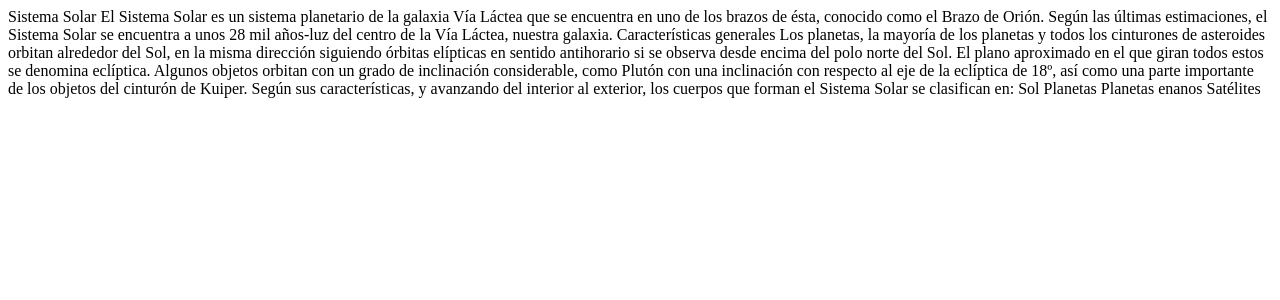
Repository: gustavomanfre/Curso_Front_End_Digitalers
Page: Unidad1/M1 - Laboratorio_02/index.html
An editor plug-in stored every save of this project. The page is shown before and after a run of saves, followed by the edit.
The browser window is 1280 px wide. The pictures show the whole page.

Above is the page before, as saved 2022-05-25 20:54:51.

After the next 5 saves:
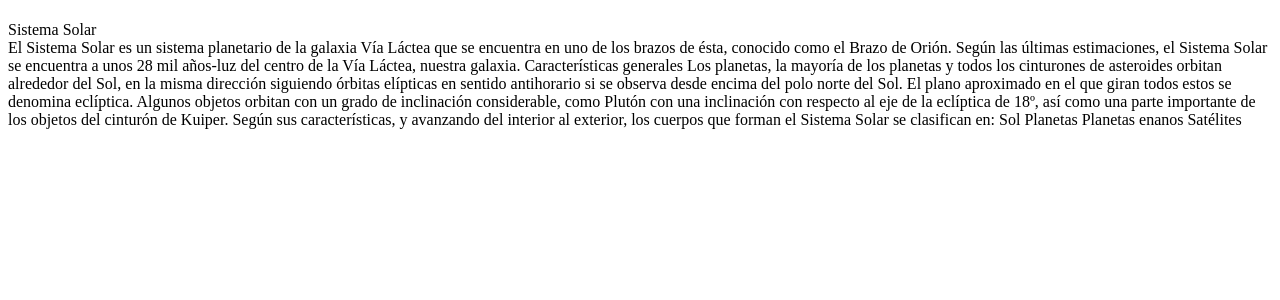
The 5 saves are shown as one change because they came seconds apart.
The last was saved 16 s later.
--- a/Unidad1/M1 - Laboratorio_02/index.html
+++ b/Unidad1/M1 - Laboratorio_02/index.html
@@ -7,8 +7,8 @@
     <title>Laboratorio2</title>
 </head>
 <body>
-    <header></header>
-    Sistema Solar
+    <header> <h1></h1> Sistema Solar</header>
+
 El Sistema Solar es un sistema planetario de la galaxia Vía Láctea que se encuentra en uno de los brazos de ésta, conocido como
 el Brazo de Orión.
 Según las últimas estimaciones, el Sistema Solar se encuentra a unos 28 mil años-luz del centro de la Vía Láctea, nuestra galaxia.
